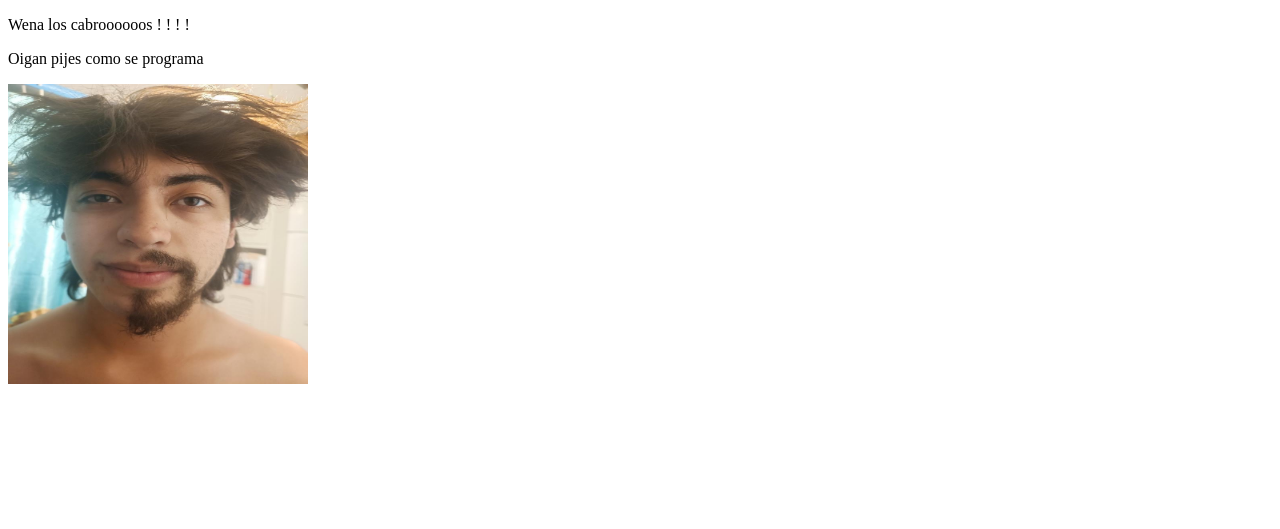
Repository: Eduloco69/crazy-website
Page: index.html
An editor plug-in stored every save of this project. The page is shown before and after the next save, followed by the edit.
The browser window is 1280 px wide. The pictures show the whole page.

Above is the page before, as saved 2025-06-03 22:04:48.

### index.html
<!DOCTYPE html>
<html lang="en">
<head>
    <meta charset="UTF-8">
    <meta name="viewport" content="width=device-width, initial-scale=1.0">
    <meta property="og:title" content="EduSex" />
    <meta property="og:description" content="Comanme la polla" />
    <meta property="og:image" content="src/E43E82A3-8955-4C5C-9331-0861A042E956.JPEG" />

    <link rel="stylesheet" href="styles/index.css">
    <title>El sitio mas vio de $hile</title>
</head>
<body>
    <p>
        Wena los cabroooooos ! ! ! !
    </p>
    <p>
        Oigan pijes como se programa
    </p>
    <div>
        <img src="src/ADAC2544-2AE6-4C0D-8F05-14998BBBDF3E.JPEG" alt="" width="300px" height="300px">
    </div>
</body>
</html>

### styles/index.css
html {
  cursor: url('../src/cursor.ico'), default;
}

After the next save:
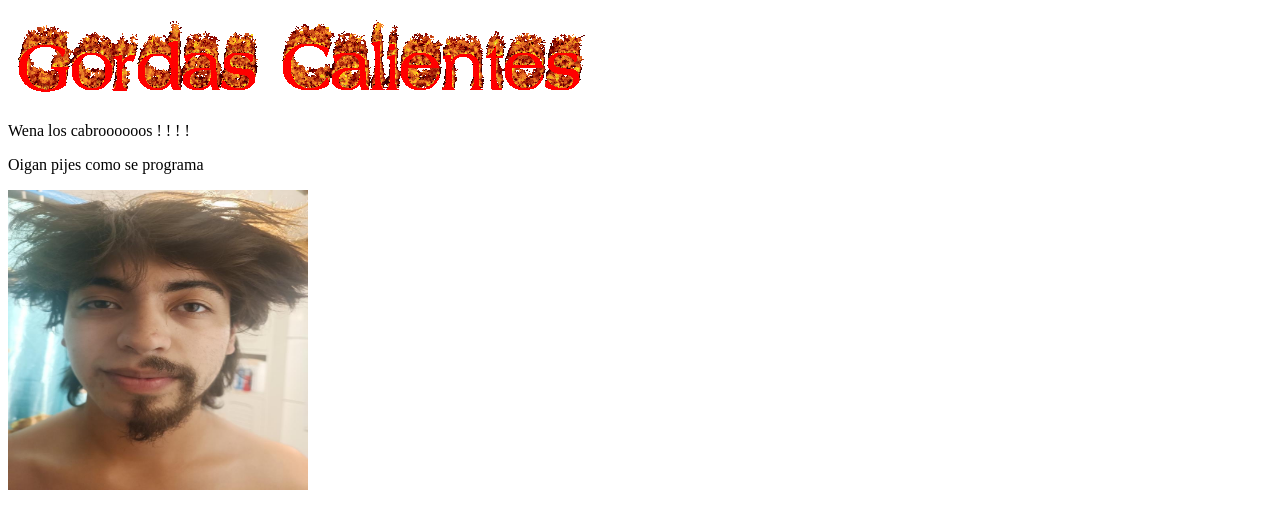
Saved 55 s later.
--- a/index.html
+++ b/index.html
@@ -11,6 +11,7 @@
     <title>El sitio mas vio de $hile</title>
 </head>
 <body>
+    <img src="src/title_gordas.gif" alt="">
     <p>
         Wena los cabroooooos ! ! ! !
     </p>
